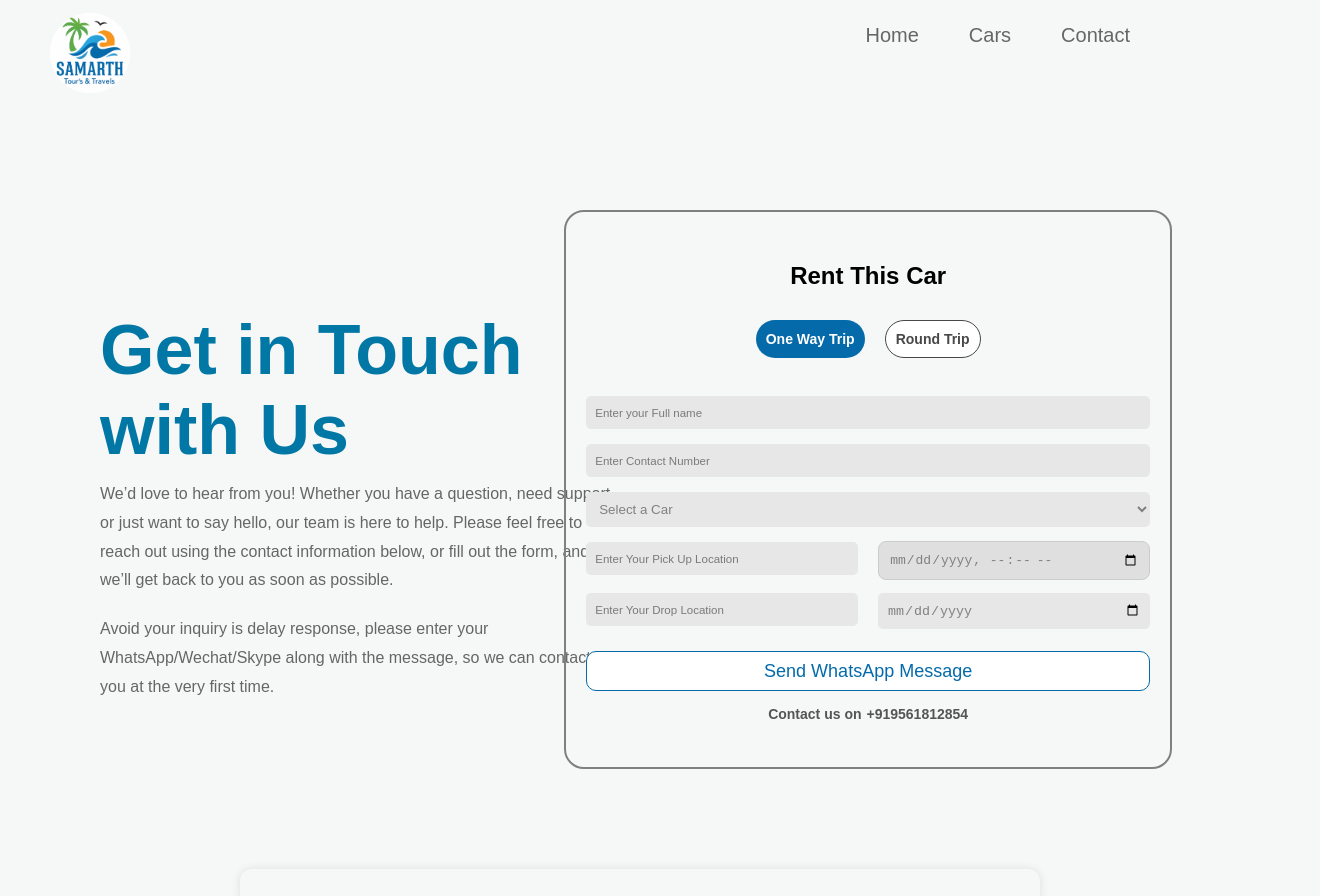
Repository: Designvioux/Samarth_Tours_and_Travels
Page: /ContactForm
An editor plug-in stored every save of this project. The page is shown before and after a run of saves, followed by the edit.
The browser window is 1280 px wide. The page is 1320 px wide, so the pictures cover 1320 px, including what lies to the right of the window. The pictures show the part of the page from y = 0 to 896 px (the page is 1866 px tall).
Pictures or frames that could not be fetched are drawn as grey boxes. The project was rebuilt for these pictures with package versions that can differ from the ones it lists, and the page was loaded fresh each time. Also part of the build but not shown: src/Component/CSS/work.css, src/Component/work.jsx, src/Component/Cartype.jsx, src/Component/CSS/Rating.css, src/Component/Rating.jsx, src/Component/Location.jsx, src/Component/Rental.jsx, src/Component/Home.jsx and 1 more.

Above is the page before, as saved 2025-05-01 15:12:24.

### public/index.html
<!DOCTYPE html>
<html lang="en">
  <head>
    <meta charset="utf-8" />
    <link rel="icon" href="./Logo.png" />
    <link
  rel="stylesheet"
  href="https://cdnjs.cloudflare.com/ajax/libs/font-awesome/5.15.4/css/all.min.css"
/>

    <meta name="viewport" content="width=device-width, initial-scale=1" />
    <meta name="theme-color" content="#000000" />
    <meta
      name="description"
      content="Web site created using create-react-app"
    />
    <link rel="apple-touch-icon" href="%PUBLIC_URL%/logo192.png" />
    <!--
      manifest.json provides metadata used when your web app is installed on a
      user's mobile device or desktop. See https://developers.google.com/web/fundamentals/web-app-manifest/
    -->
    <link rel="manifest" href="%PUBLIC_URL%/manifest.json" />
    <!--
      Notice the use of %PUBLIC_URL% in the tags above.
      It will be replaced with the URL of the `public` folder during the build.
      Only files inside the `public` folder can be referenced from the HTML.

      Unlike "/favicon.ico" or "favicon.ico", "%PUBLIC_URL%/favicon.ico" will
      work correctly both with client-side routing and a non-root public URL.
      Learn how to configure a non-root public URL by running `npm run build`.
    -->
    <title>Samarth Tours And Travels</title>
  </head>
  <body>
    <noscript>You need to enable JavaScript to run this app.</noscript>
    <div id="root"></div>
    <!--
      This HTML file is a template.
      If you open it directly in the browser, you will see an empty page.

      You can add webfonts, meta tags, or analytics to this file.
      The build step will place the bundled scripts into the <body> tag.

      To begin the development, run `npm start` or `yarn start`.
      To create a production bundle, use `npm run build` or `yarn build`.
    -->
  </body>
</html>

### src/Component/Cform.jsx
import React from "react";

import "./CSS/Cform.css";


import Contactform from "../Component/Contact.jsx";
const ContactForm = () => {
    return(

      <div className="CForm-Container">
        <div className="Cform-heading">
            {/* <div className="Container">
                 <img src = {img1} alt="" className="image"></img>
            </div> */}
    <section className="contact-sectionn">
      <div className="contact-containerr">

        <div className="contact-leftt">
          <h2  className="contact-hd">Get in Touch<br />with Us</h2>
          <p className="contact-description">
          We’d love to hear from you! Whether you have a question, need support, or just want to say hello, our team is here to help. Please feel free to reach out using the contact information below, or fill out the form, and we’ll get back to you as soon as possible.          </p>
          <p className="contact-note">
          Avoid your inquiry is delay response, please enter your WhatsApp/Wechat/Skype along with the message, so we can contact you at the very first time.          </p>
        </div>


        <div className="contact-right">
          <Contactform /> {/* Your booking form goes here! */}
        </div>



      </div>




    </section>

    <div className="location-contact">
  <iframe
    src="https://www.google.com/maps/embed?pb=!1m18!1m12!1m3!1d61151.22929737553!2d74.3944358486328!3d16.67929370000001!2m3!1f0!2f0!3f0!3m2!1i1024!2i768!4f13.1!3m3!1m2!1s0x3bc0e26c3ce7b5f1%3A0xa49598fce4e121ab!2sSamarth%20Tour&#39;s%20And%20Travels!5e0!3m2!1sen!2sin!4v1745919105620!5m2!1sen!2sin"
    width="800"
    height="300"
      title="Samarth Tours and Travels Location"
    style={{ border: 0 }}
    allowFullScreen=""
    loading="lazy"
    referrerPolicy="no-referrer-when-downgrade"
  > </iframe>
</div>
    </div>
    </div>
  );
};



export default ContactForm;

### src/Component/Navbar.jsx
import React, { useState } from "react";
import { Link } from "react-router-dom";
import "./CSS/Navbar.css";
import logo from "../Images/Logo.png";

const Navbar = () => {
  const [isOpen, setIsOpen] = useState(false);

  const toggleMenu = () => setIsOpen(!isOpen);

  return (
    <nav className="navbar">
      <div className="logo">
        <img src={logo} alt="Logo" />
      </div>

      <div className="hamburger" onClick={toggleMenu}>
        <div className={isOpen ? "bar open" : "bar"}></div>
        <div className={isOpen ? "bar open" : "bar"}></div>
        <div className={isOpen ? "bar open" : "bar"}></div>
      </div>

      <ul className={`nav-links ${isOpen ? "active" : ""}`}>
        <li><Link to="/" className="navbar-l">Home</Link>
        </li>
        <li>
         <Link to ="/cars" className="navbar-l">Cars</Link>
        </li>
        <li>
          <Link to="/ContactForm" className="navbar-l">Contact</Link>
        </li>
      </ul>
    </nav>
  );
};

export default Navbar;

### src/Component/Footer.jsx
import React from "react";
import "./CSS/Footer.css"; // Import the CSS file
import logo from "../Images/Logo.png";
const Footer = () => {
  return (
    <footer className="footer">
      <div className="footer-container">
        <div className="footer-left">
          <img src = {logo} className="logo" alt="samarth Tours"></img>
          <h3 className="book-span">Book your car anytime anywhere !</h3>
          <h4>Address:</h4>
          <p>Gav Bhag, 6, Gujri, Narayan Peth,</p>
          <p>Ichalkaranji, Maharashtra 416115</p>


        </div>
        <div className="footer-right">
          <h3>Quick Link</h3>
          <ul className="footer-linkss">
            <a href="/" className='navbarr'>Home</a>
            <a href ="/cars" className='navbarr'>Cars</a>
            <a href="/ContactForm" className='navbarr'> Contact</a>

          </ul>
        </div>

        <div className="social-icons">
          <h2>Social Accounts</h2>
  <a href="https://www.facebook.com/profile.php?id=100082511393422" target="_blank" rel="noopener noreferrer">
    <i className="fab fa-facebook"> Samarth Tours and Travels</i>
  </a>
  <a href="https://www.instagram.com/tourstravelssamarth?igsh=MXZ4MG1pbnlsbTNhcA==" target="_blank" rel="noopener noreferrer">
    <i className="fab fa-instagram"> tourstravelssamarth</i>
  </a>
</div>
      </div>
      <hr></hr>

      <div className="footer-bottom">
        <p>© 2025 All rights reserved for Samarth Tours and Travels  </p>
       <a href="https://designvio.framer.ai/" target="_blank" rel="noopener noreferrer"><p>© 2025 Designed by Designvio Pvt.Ltd </p></a>
      </div>
    </footer>
  );
};

export default Footer;

### src/Component/CSS/Navbar.css





.navbar {
  margin-top: 0px;
   padding: 0px;
   display: flex;
   justify-content: space-between;
   align-items: center;
   margin-bottom: 50px;
   /* border-bottom: 2px solid rgb(0, 153, 255); */
   width: 100%;
 background-color: #F5F8F7;
   height: 100px;
 }
 .navbar-l{
  color: #0B6BAA;
}
 .logo {
   display: flex;
   align-items: center;
   font-size: 24px;
   font-weight: bold;
   color: #333;


 }

 .logo img {
   width: 80px;
   height: 80px;
   margin-left:50px;
 }

 .nav-links {
   font-family: Poppins, sans-serif;
   list-style: none;
   display: flex;
   gap: 50px;
   margin-right: 150px;
   font-size: 20px;
   font-style: normal;
   font-weight: 400;
   margin-top: -80px;
 background-color: none;


 }

 .nav-links li {
   cursor: pointer;
   font-weight: 500;
   color: #666666;
   margin-top: 50px;
   text-decoration: none;
   padding: 0px;

 }

 .nav-links li a{
   text-decoration: none;
   list-style: none;
   color: #666666;
 }
 .nav-links li a:hover{
   color:#0B6BAA
 }
 .navbar{
   text-decoration: none;
   color: #666666;
 }

 .hamburger {
  display: none;
  width: 45px;
  height: 45px;
  border-radius: 50%;
  background-color: #0B6BAA;
  justify-content: center;
  align-items: center;
  cursor: pointer;
  position: relative;
  z-index: 100;
  transition: background-color 0.3s ease;
}

.bar {
  position: absolute;
  width: 25px;
  height: 2.5px;
  background-color: white;
  transition: all 0.4s ease;
}

.bar:nth-child(1) {
  top: 12px;
}

.bar:nth-child(2) {
  top: 21px;
}

.bar:nth-child(3) {
  top: 30px;
}

.bar.open:nth-child(1) {
  transform: rotate(45deg);
  top: 21px;
}

.bar.open:nth-child(2) {
  opacity: 0;
}

.bar.open:nth-child(3) {
  transform: rotate(-45deg);
  top: 21px;
}

/* Media query for mobile */
@media (max-width: 769px) {
  .hamburger {
    display: flex;
    margin-right: 15px;
  }

  .navbar{
    height: 50px;
  }

  .nav-links {
    display: none;
    width: 100%;
    flex-direction: column;
    background-color: #F5F8F7;
    position: absolute;
    justify-content:center;
    align-items: center;
    top: 100px;
    left: 0;
    padding: 20px;
    box-shadow: 0px 8px 16px rgba(0, 0, 0, 0.1);
    z-index: 99;
  }

  .nav-links.active {
    display: flex;
  }

  .nav-links li {
    margin-top: 20px;
  }

  .logo {
    display: flex;
    align-items: center;
    font-size: 24px;
    font-weight: bold;
    color: #333;
  }

  .logo img {
    margin-top: 50px;
    width: 80px;
    height: 80px;
    margin-left:-100px;

  }
}



@media (max-width: 480px) {
  .hamburger {
    width: 40px;
    height: 40px;
    margin-top: 40px;

  }

  .bar {
    width: 18px;

  }


  .navbar {
    height: 45px;

  }

  .nav-links {
    display: none;
    width: 100%;
    flex-direction: column;
    background-color: #F5F8F7;
    position: absolute;
    justify-content:center;
    align-items: center;
    top: 90px;
    left: 0;
    padding: 16px;
    box-shadow: 0px 6px 12px rgba(0, 0, 0, 0.1);
    z-index: 99;
  }

  .nav-links.active {
    display: flex;

  }

  .nav-links li {
    margin-top: 20px;
  }

  .logo {
    font-size: 20px;
  }

  .logo img {
    margin-top: 50px;
    width: 65px;
    height: 65px;

  }
}


@media (max-width: 321px) {
  .hamburger {
    display: flex;
    margin-top: 25px;
    margin-right: 6px;
  }

  .navbar {
    height: 40px;
  }

  .nav-links {
    display: none;
    width: 100%;
    flex-direction: column;
    background-color: #F5F8F7;
    position: absolute;
    justify-content:center;
    align-items: center;
    top: 80px;
    left: 0;
    padding: 14px;
    box-shadow: 0px 5px 10px rgba(0, 0, 0, 0.1);
    z-index: 99;
  }

  .nav-links.active {
    display: flex;
  }

  .nav-links li {
    margin-top: 14px;
  }

  .logo {
    font-size: 18px;
  }

  .logo img {
    margin-top: 35px;
    width: 55px;
    height: 55px;
    margin-left: -60px;
  }
}

### src/Component/CSS/Footer.css
body{
  font-family: Poppins, sans-serif;
}
.footer {
  background: #F5F8F7;
  color: black;
  padding: 40px 20px 20px 20px;

}

.footer-container {
  display: flex;
  justify-content: space-between;
  flex-wrap: wrap;
  max-width: 1400px;
  margin: 0 auto;

  margin-bottom: 20px;
}
.logo{
  height: 150px;
  width: 150px;
  margin-top: 6px;
}
.footer-left h2 {
  font-size: 30px;
  margin-bottom: 10px;
  color: black;

}

.footer-left p {
  margin: 5px 0;

  color: #666;
  font-size: 15px;
}

.book-span {

  color: #046AAA;
  font-size: 18px;
  padding-bottom:10px ;
}
.social-icons {
  margin-top: 50px;
  display: flex;
  flex-direction: column;
  gap: 10px;

}

.social-icons i {

  font-size:18px;
  margin-right: 25px;
  cursor: pointer;
  margin-top: 10px;
  color: black;

  text-decoration: none;
}

.fa-facebook:hover{
  color: rgb(0, 94, 255);
}
.fa-instagram:hover{
  color:rgb(255, 0, 93);
}
.footer-right {
  text-align: center;
  display: flex;
  flex-direction: column;
}

.footer-right h3 {
  margin-bottom: 20px;
  font-size: 22px;
  margin-right: 100px;
 margin-top: 50px;
 margin-left: 20px;
}

.footer-linkss {
  display: flex;
  flex-direction: column;
  justify-content: center;
  gap: 0vw;
  flex-wrap: wrap;
  padding-top: .22vw;
  margin-right: 100px;
  text-decoration: none;
 color: #046AAA;
 text-align: center;

}

.footer-links li {
  margin-bottom: 10px;
  cursor: pointer;
  font-size: 16px;


}

.footer-bottom {
  text-align: center;
  margin-top: 30px;
  font-size: 16px;

}
.footer-bottom p{
  font-size: 16px;
  margin-top: -20px;
}
.footer-bottom a{

  text-decoration: none;
}
.footer-bottom a :hover{
  color: rgb(250, 185, 7);
}
.navbarr{
  text-decoration: none;
  color: #046ABB;
  margin-top: 30px;
  font-size: 18px;

}
.navbarr:hover{
  color: darkblue;
}


@media (max-width: 769px) {
  .footer-container {
    flex-direction: column;
    align-items: center;
    text-align: center;
    margin-left: 20px;
  }

  .footer-left, .footer-right {
    width: 100%;
    margin-bottom: 20px;
  }

  .footer-right h3 {
    margin-right: 0;
  }

  .footer-linkss {
    flex-direction: column;
    align-items: center;
    margin-right: 0;
    gap: 15px;
  }

  .logo {
    display: block;
    margin: 0 auto;
    height: 120px;
    width: 120px;
  }
  .navbarr{
    text-decoration: none;
    color: #046ABB;
    margin-top: 30px;

  }
}



@media (max-width: 480px) {
  .footer {
    padding: 30px 15px;
    margin-left: 10px;
  }

  .footer-left h2 {
    font-size: 24px;
  }

  .footer-left p {
    font-size: 14px;
  }

  .footer-right h3 {
    font-size: 20px;
    margin-left: -10px;
  }

  .footer-linkss {
    gap: 5px;
  }


  .social-icons i {
    font-size: 20px;
    margin-right: 10px;
  }

  .footer-bottom {
    font-size: 13px;
  }

  .logo {
    display: block;
    margin: 0 auto;
    height: 100px;
    width: 100px;
    margin-bottom: 10px;
  }
  .navbarr{
    text-decoration: none;
    color: #046ABB;
    margin-top: 30px;
    margin-left: -5px;

  }

}

@media (max-width: 321px) {
  .footer {
    padding: 20px 10px;
    margin-left: 10px;
  }

  .footer-left h2 {
    font-size: 20px;
  }

  .footer-left p {
    font-size: 13px;
  }

  .footer-right h3 {
    font-size: 18px;
  }

  .footer-linkss {
    gap: 10px;
    padding: 10px 0;
  }

  .footer-links li {
    font-size: 13px;
  }

  .social-icons i {
    font-size: 18px;
    margin-right: 8px;
  }

  .footer-bottom {
    font-size: 12px;
  }

  .logo {
    display: block;
    margin: 0 auto;
    height: 80px;
    width: 80px;
  }

  .navbarr{
    color: #046ABB;
  }

}

### src/Component/CSS/Location.css
body{
    font-family: Poppins, sans-serif;
}
.popular-section {
    text-align: center;
    padding: 50px 20px;
    background: #F5F8F7;
  }

  .popular-title {
    font-size: 38px;
    font-style: normal;
    font-weight: 700;
    line-height: normal;
    font-weight: bold;
    /* color: #111; */
    margin-bottom: 10px;
    color: #046AAA;
  }

  .popular-subtitle {
    color: #555;
    font-size: 18px;
    margin-bottom: 40px;
  }

  .location-cards {
    display: flex;
    gap: 20px;
    flex-wrap: wrap;
    justify-content: center;
  }

  .location-card {
    background: #fff;
    border-radius: 10px;
    overflow: hidden;
    width: 250px;
    box-shadow: 0 4px 10px rgba(0, 0, 0, 0.1);
    transition: transform 0.3s;
  }

  .location-card:hover {
    transform: translateY(-5px);
  }

  .location-card img {
    width: 100%;
    height: 180px;
    object-fit: cover;
  }

  .location-info {
    padding: 15px;
    text-align: left;
  }

  .location-info h3 {
    font-size: 20px;
    color: #046AAA;
    align-items: center;
    text-align: center;
    margin-right: 25px
  }

  .location-info p {
    color: #666;
    margin-top: 5px;

  }

  .navigation-buttons {
    margin-top: 30px;
  }

  .nav-btn {
    background: #0d0d25;
    color: #fff;
    border: none;
    margin: 0 10px;
    padding: 12px 15px;
    border-radius: 50%;
    cursor: pointer;
    font-size: 20px;
    transition: background 0.3s;
  }

  .nav-btn:hover {
    background: #ff7b00;
  }



  @media screen and (max-width: 769px) {
    .popular-title {
      font-size: 28px;
    }

    .popular-subtitle {
      font-size: 16px;
      margin-bottom: 30px;
    }

    .location-cards {
      gap: 16px;
    }

    .location-card {
      width: 45%;
    }

    .location-card img {
      height: 160px;
    }

    .location-info h3 {
      font-size: 18px;
      margin-right: 0;
      margin-bottom: -15px;
    }

    .location-info p {
      font-size: 14px;
    }

    .nav-btn {
      padding: 10px 12px;
      font-size: 18px;
    }
  }

  @media screen and (max-width: 480px) {
    .popular-title {
      font-size: 24px;
      margin-left: 20px;
    }

    .popular-subtitle {
      font-size: 14px;
      margin-bottom: 25px;
      margin-left: 20px;
    }

    .location-card {
      width:70%;
      margin-left: 20px;
    }

    .location-card img {
      height: 150px;
    }

    .location-info h3 {
      font-size: 16px;
      margin-bottom: -15px;
    }

    .location-info p {
      font-size: 13px;
    }

    .nav-btn {
      font-size: 16px;
      padding: 8px 10px;
    }
  }

  @media screen and (max-width: 321px) {
    .popular-title {
      font-size: 20px;
    }

    .popular-subtitle {
      font-size: 13px;
    }

    .location-card {
      width: 60%;

    }

    .location-card img {
      height: 140px;
    }

    .location-info h3 {
      font-size: 15px;
      margin-bottom: -15px;
    }

    .location-info p {
      font-size: 12px;
    }

    .nav-btn {
      font-size: 14px;
      padding: 6px 8px;
    }
  }

Loaded but not shown: src/index.js (common file); src/reportWebVitals.js (common file); src/App.css (common file); src/App.js (28 lines, source omitted); src/Component/Contact.jsx (248 lines, source omitted); src/Component/CSS/Home.css (528 lines, source omitted); src/Component/CSS/Contact.css (488 lines, source omitted); src/Component/CSS/Rental.css (292 lines, source omitted); src/Component/CSS/Cform.css (252 lines, source omitted); src/Component/CSS/Cartype.css (253 lines, source omitted); src/index.css (no stored copy; drawn as an empty file)

After the next 2 saves:
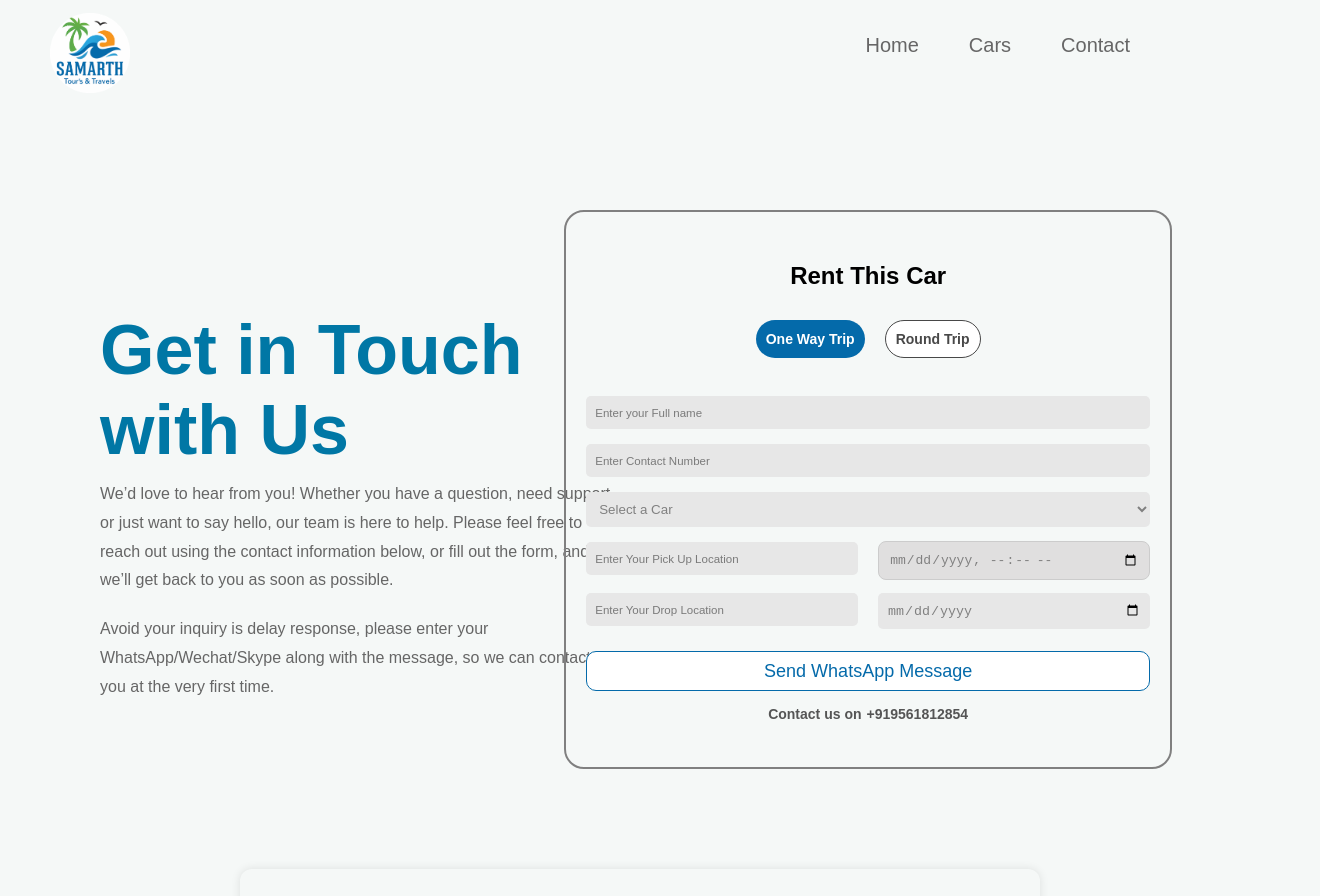
The 2 saves are shown as one change because they came seconds apart.
The last was saved 2 min 32 s later.
--- a/src/Component/CSS/Navbar.css
+++ b/src/Component/CSS/Navbar.css
@@ -43,7 +43,7 @@
    font-size: 20px;
    font-style: normal;
    font-weight: 400;
-   margin-top: -80px;
+   margin-top: -60px;
  background-color: none;
 
 

After the save that followed:
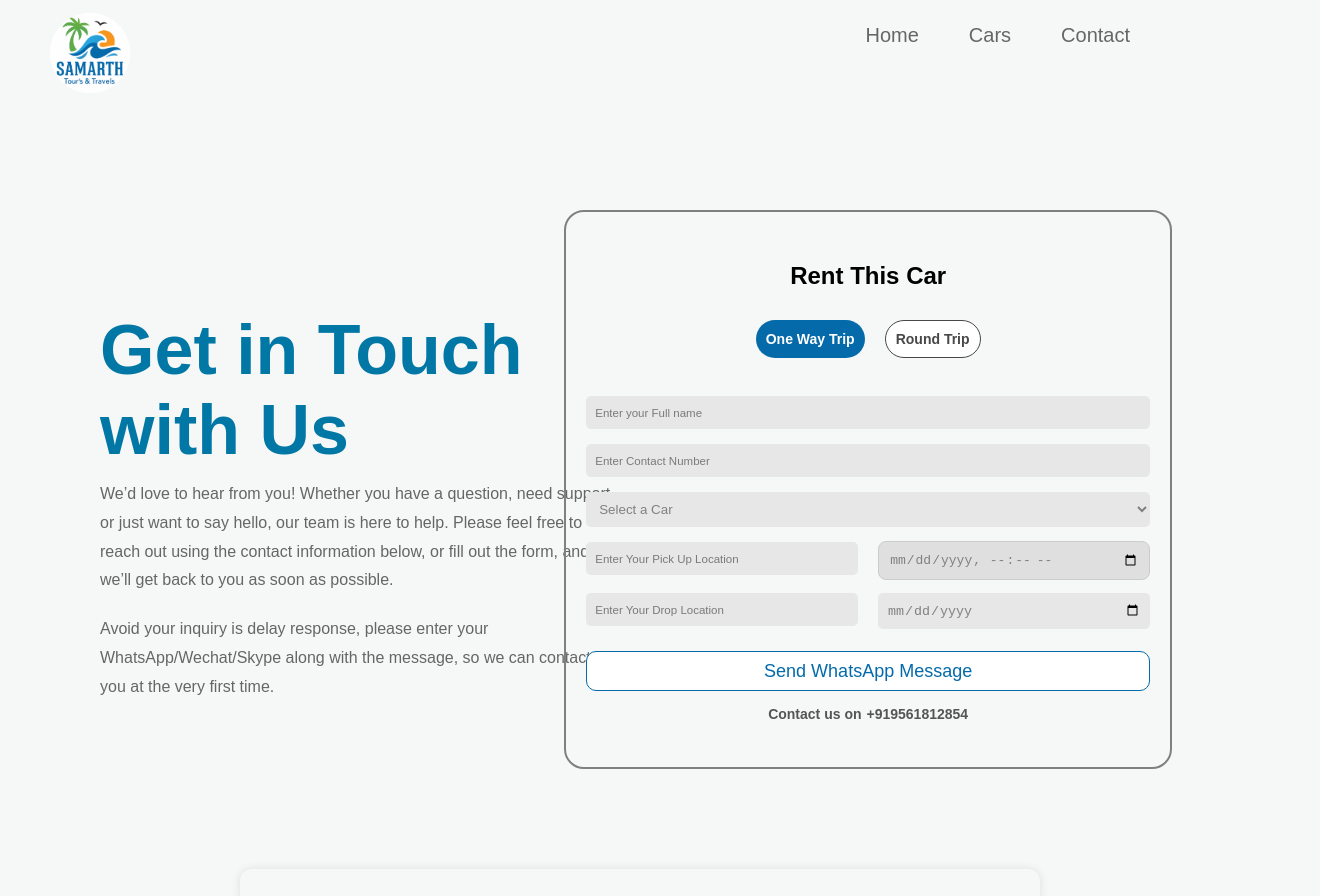
Saved 21 s later.
--- a/src/Component/CSS/Navbar.css
+++ b/src/Component/CSS/Navbar.css
@@ -43,7 +43,7 @@
    font-size: 20px;
    font-style: normal;
    font-weight: 400;
-   margin-top: -60px;
+   margin-top: -80px;
  background-color: none;
 
 
